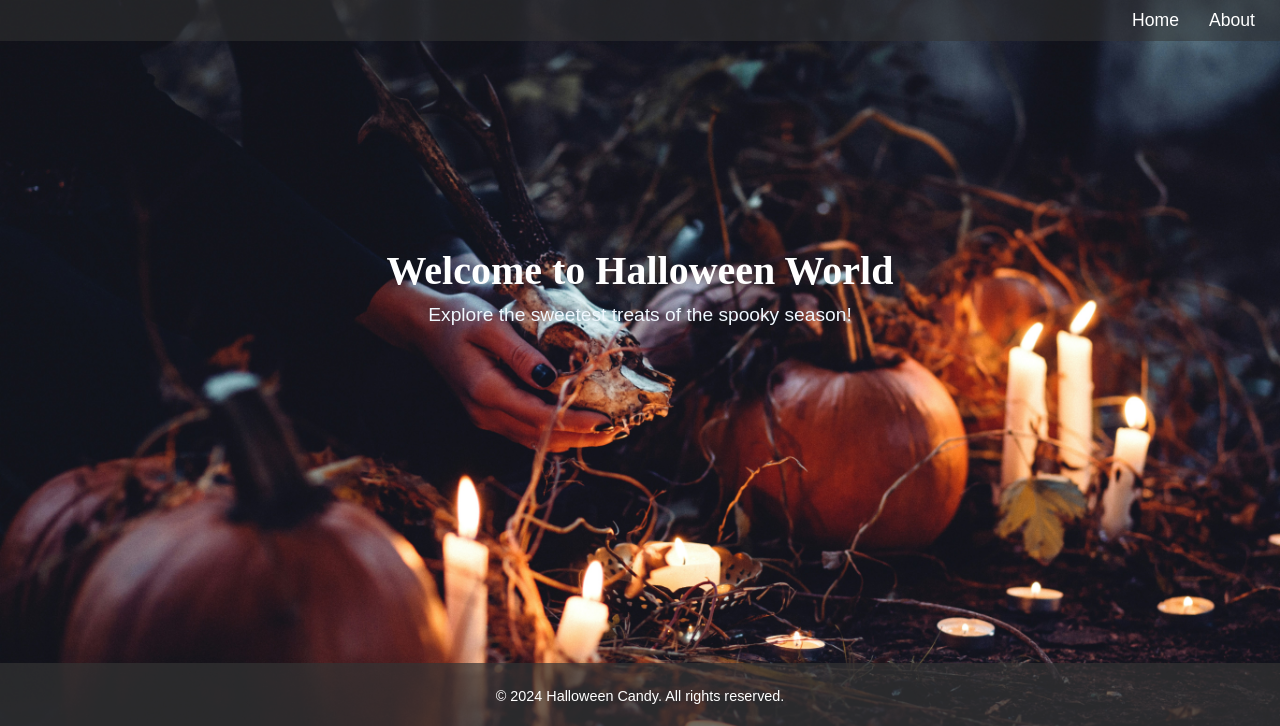
Repository: monicaifijeh/test2
Page: kyportfolio/src/indexHallo.html
These files come from the project's save history. The page is drawn as it stood at one moment and after the next save; the edit follows.
The browser window is 1280 px wide. The pictures show the whole page.

Above is the page before, as saved 2024-12-20 18:06:36.

After the next save:
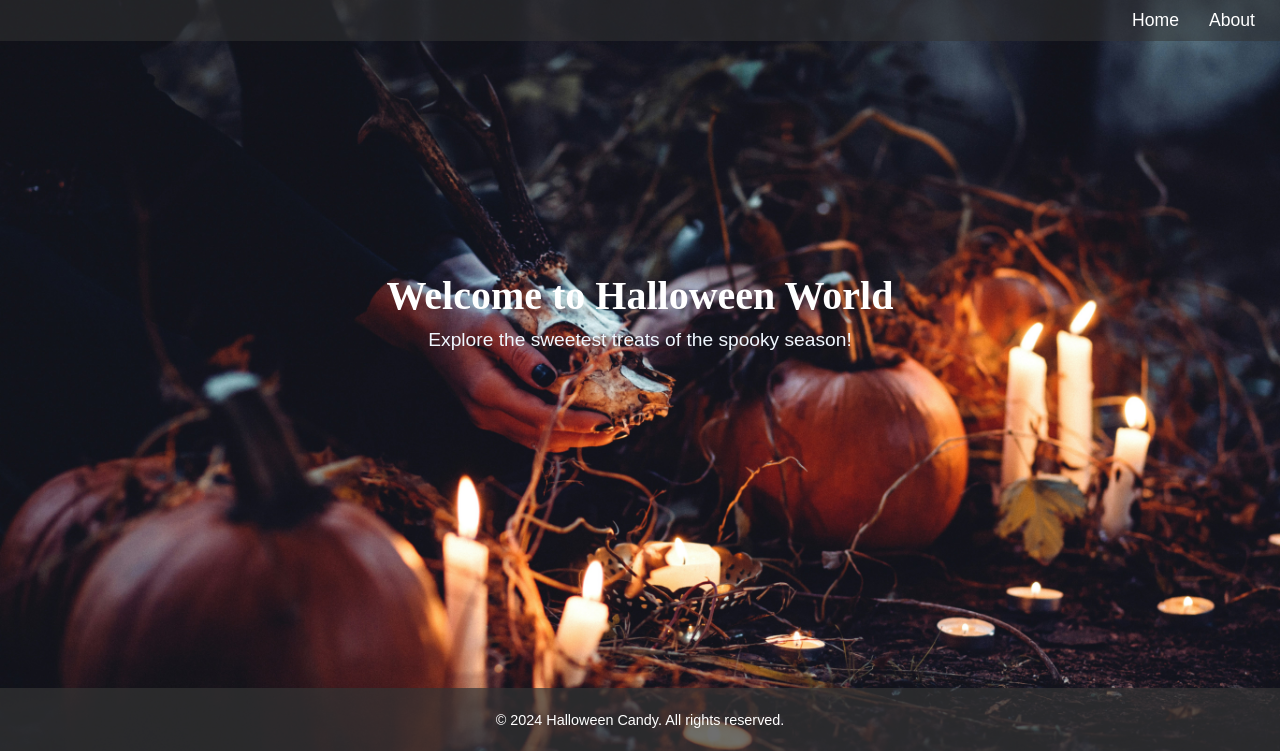
Saved 17 s later.
--- a/kyportfolio/src/kystyle.css
+++ b/kyportfolio/src/kystyle.css
@@ -18,7 +18,7 @@ header h1 {
     font-size: 2.5rem;
    color: #fff;
    font-family: fantasy;
-   margin-top: 15%;
+   margin-top: 17%;
 }
 .intro{
     color: aliceblue;
